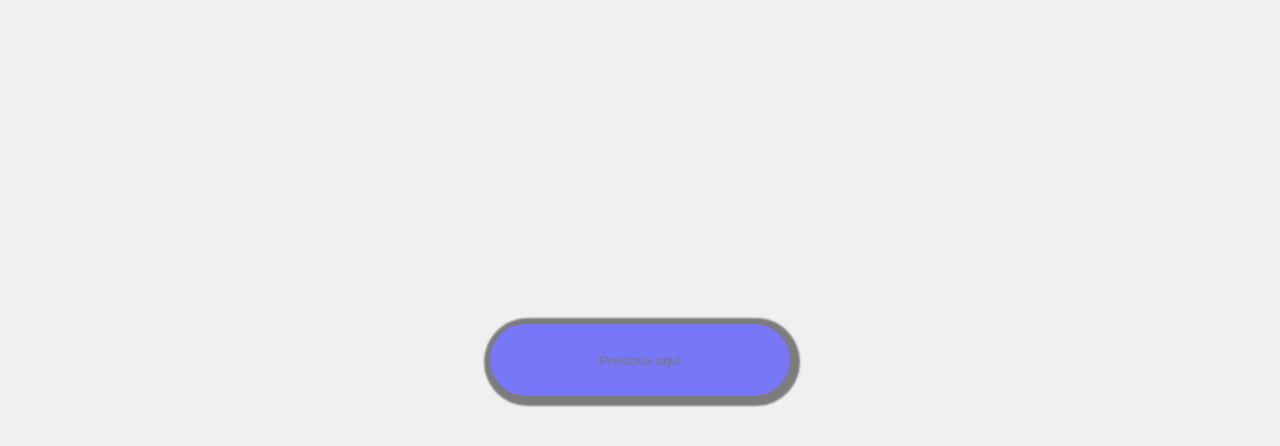
Repository: ye909/secreto
Page: inicio.html
These files come from the project's save history. The page is drawn as it stood at one moment and after the next save; the edit follows.
The browser window is 1280 px wide. The pictures show the whole page.
The pointer rests on the first visible `#btn`.

Above is the page before, as saved 2025-02-20 21:33:30.

After the next save:
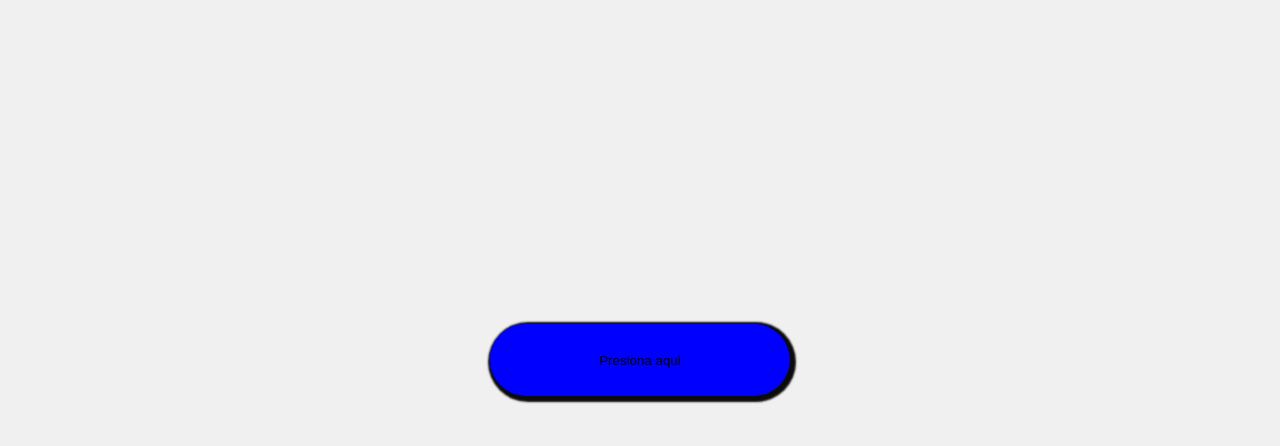
Saved 16 s later.
--- a/inicio.css
+++ b/inicio.css
@@ -36,6 +36,6 @@ body, html {
 }
 #btn:hover{
     background: blue;
-    box-shadow: rgb(11, 11, 11) 2px 2px 2px 8px ;
-    opacity: 0.5;
+    box-shadow: rgb(11, 11, 11) 2px 2px 2px 4px ;
+
 }
